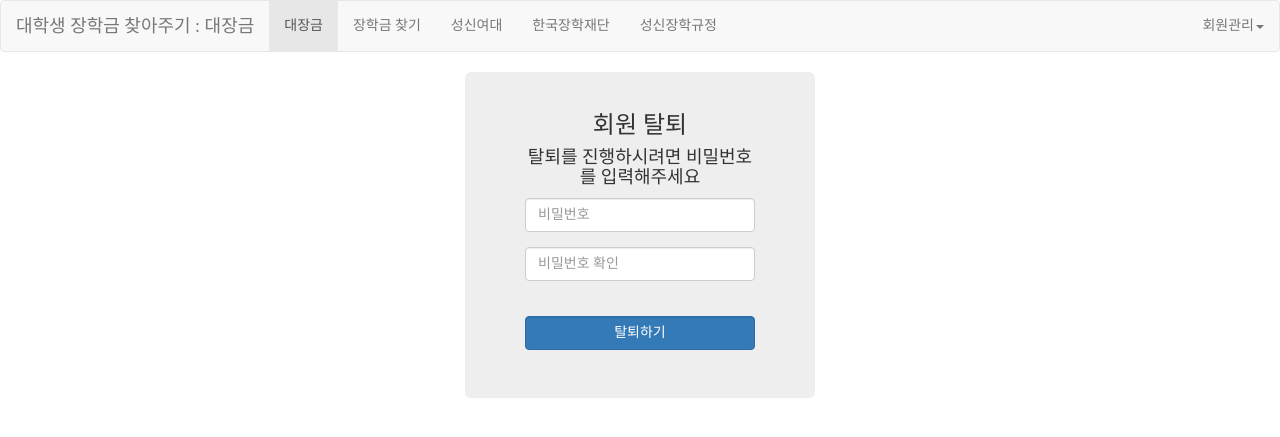
Repository: jiwon-214/DJG
Page: http://localhost/DJG/withdraw.jsp
These files come from the project's save history. The page is drawn as it stood at one moment and after the next save; the edit follows.
The browser window is 1280 px wide. The pictures show the whole page.
Some web fonts or font styles are not loaded; a fallback is used. Some web libraries are served in a nearby version. The page is served by Tomcat 9. Other server files are loaded and not shown. Queries for data that is not in the repository find no rows.

Above is the page before, as saved 2022-01-10 21:16:28.

### DJG/WebContent/withdraw.jsp
<%@page import="user.UserDAO"%>
<%@page import="user.User"%>
<%@ page language="java" contentType="text/html; charset=UTF-8"
    pageEncoding="UTF-8"%>
<%@ page import="java.io.PrintWriter" %>
<%@ page import="java.sql.*" %>
<!DOCTYPE html>
<html>
<head>
<meta charset="UTF-8">
<meta name = "viewport" content = "width=divice-width", initial-scale = "1">
<link rel = "stylesheet" href = "css/bootstrap.css">
<link rel = "stylesheet" href = "css/custom.css">
<title>대장금</title>
</head>
<body>
	<%
		//로그인 된 사람 정보 담을 수 있도록
		String userID = null;
		if (session.getAttribute("userID") != null) {
			userID = (String) session.getAttribute("userID");
		} //로그인되면 userID에 해당 이이디가 담기고 로그인 안되면 null
	%>
	<nav class ="navbar navbar-default">
		<div class = "navbar-header">
			<button type = "button" class = "navbar-toggle collapsed"
				data-toggle = "collapse" data-target = "#bs-example-navbar-collapse-1"
				aria-expanded="false">
				<span class = "icon-bar"></span>
				<span class = "icon-bar"></span>
				<span class = "icon-bar"></span>
			</button>
			<a class="navbar-brand" href = "main.jsp">대학생 장학금 찾아주기 : 대장금</a>
		</div>
		<div class="collapse navbar-collapse" id="bs-example-navbar-collapse-1">
			<ul class = "nav navbar-nav">
				<li class="active"><a href="main.jsp">대장금</a></li>
				<li><a href="djg.jsp">장학금 찾기</a></li>
				<li><a href="https://portal.sungshin.ac.kr/sso/login.jsp">성신여대</a></li>
				<li><a href="http://www.kosaf.go.kr/">한국장학재단</a></li>
				<li><a href="https://rule.sungshin.ac.kr/service/law/lawView.do?seq=95&historySeq=0&gubun=cur&tree=part">성신장학규정</a></li>
			</ul>
			<ul class="nav navbar-nav navbar-right">
			<li class="dropdown">
				<a href="#" class="dropdown-toggle"
					data-toggle="dropdown" role="button" aria-haspopup="true"
					aria-expanded="false">회원관리<span class="caret"></span></a>
				<ul class="dropdown-menu">
					<li><a href = "info.jsp">정보 확인</a></li>
					<li><a href = "modification.jsp">정보 수정</a></li>
					<li><a href = "logoutAction.jsp">로그아웃 </a></li>
				</ul>
			</li>
			</ul>
		</div>
	</nav>
	<div class="container">
      <div class="col-lg-4"></div>
      <div class="col-lg-4">
         <div class="jumbotron" style="padding-top:20px;">
            <form method="post" action="withdrawAction.jsp">
				<h3 style = "text-align:center;">회원 탈퇴</h3>
				<h4 style = "text-align:center;">탈퇴를 진행하시려면 비밀번호를 입력해주세요</h3>
				<%
				UserDAO userDAO = new UserDAO();
				User user = new User();
				user = userDAO.djg(userID);
				%>
               <div class="form-group">
                  <input type="password" class="form-control" placeholder="비밀번호" name="userPassword" id="userPassword" maxlength="20" onchange="password()">
               </div>
               <div class="form-group">
                  <input type="password" class="form-control" placeholder="비밀번호 확인" name="userPassword" id="userPassword_again" maxlength="20" onchange="password()">
               	  &nbsp;
               <span id="check"></span>
               </div>
               <input type="submit" class="btn btn-primary form-control" value="탈퇴하기">
            </form>
         </div>
      </div>
      <div class="col-lg-4"></div>
   </div>
		<div class="col-lg-4"></div>
	</div>
	<script>
	function password() {
    	var pw = document.getElementById('userPassword').value;
    	var pw2 = document.getElementById('userPassword_again').value;

    	if(pw != pw2) {
    		document.getElementById('check').innerHTML = '비밀번호가 일치하지 않습니다.';
    		document.getElementById('check').style.color = 'red';
    	} else {
    		document.getElementById('check').innerHTML = '비밀번호가 일치합니다.';
    		document.getElementById('check').style.color = 'blue';
    	}
    }
	</script>
	<script src = "https://code.jquery.com/jquery-3.1.1.min.js"></script>
	<script src = "js/bootstrap.js"></script>
</body>
</html>

### DJG/src/user/UserDAO.java
package user;

import java.sql.Connection;
import java.sql.DriverManager;
import java.sql.PreparedStatement;
import java.sql.ResultSet;
import java.sql.SQLException;

public class UserDAO {
	private Connection conn;
	private PreparedStatement pstmt;
	private ResultSet rs;

	public UserDAO() { //실제로 MySQL에 접속해주는 부분
		try {
			String dbURL = "jdbc:mysql://localhost:3306/DJG?characterEncoding=UTF-8&serverTimezone=UTC";
			String dbID = "root";
			String dbPassword = "twins5302";
			Class.forName("com.mysql.cj.jdbc.Driver");
			conn = DriverManager.getConnection(dbURL, dbID, dbPassword);
		} catch (Exception e) {
			e.printStackTrace();
		}
	}
	//로그인 시도해주는 함수
	public int login(String userID, String userPassword) {
		String SQL = "SELECT userPassword FROM USER WHERE userID = ?"; //명령을 사용해서 가져온다
		try {
			pstmt = conn.prepareStatement(SQL);//SQL 문장을 데이터베이스에 삽입하는
			pstmt.setString(1, userID); //중요, SQL 해킹 기법 방어하기 위한 수단으로 preapredStatement 사용하는데 하나의 문장 준비해놓고 ? 넣어놓고 ?에 해당하는 내용으로 userID를 넣어줌. 실제 데이터베이스에는 사용자 아이디 입력받아서 실제로 존재하는지 존재한다면 비밀번호가 뭔지 가져오도록 하는 것
			rs = pstmt.executeQuery();
			if (rs.next()) { //결과 존재하면
				if(rs.getString(1).equals(userPassword))  //결과가 동일하다면(비밀번호랑 접속시도한 비밀번호 일치하면)
					return 1; //로그인 성공
				else
					return 0; //비밀번호 불일치
			}
			rs.close();
			return -1; //아이디가 없다
		} catch(Exception e) {
			e.printStackTrace();
		}
		return -2; //데이터베이스 오류
	}

	public int join(User user) {
		String SQL = "INSERT INTO USER VALUES (?, ?, ?, ?, ?, ?, ?, ?, ?, ?, ?, ?, ?)";
		try {
			pstmt = conn.prepareStatement(SQL);
			pstmt.setString(1, user.getUserID());;
			pstmt.setString(2, user.getUserPassword());
			pstmt.setString(3, user.getUserName());
			pstmt.setString(4, user.getUserEmail());
			pstmt.setString(5, user.getUserMajor());
			pstmt.setString(6, user.getUserYear());
			pstmt.setString(7, user.getUserGrade());
			pstmt.setString(8, user.getUserLgrade());
			pstmt.setString(9, user.getUserMchild());
			pstmt.setString(10, user.getUserIncome());
			pstmt.setString(11, user.getUserVol());
			pstmt.setString(12, user.getUserMentor());
			pstmt.setString(13, user.getUserExam());
			return pstmt.executeUpdate();
		} catch(Exception e) {
			e.printStackTrace();
		}
		return -1; //데이터베이스 오류
	}

	public User djg(String userID) throws SQLException {
		String SQL = "SELECT * FROM USER WHERE userID = ?";
		User user = null;
		try {
			pstmt = conn.prepareStatement(SQL);
			pstmt.setString(1, userID);
			rs = pstmt.executeQuery();
			if(rs.next()) {
				 user = new User();
				 user.setUserID(rs.getString("userID"));
				 user.setUserPassword(rs.getString("userPassword"));
		         user.setUserName(rs.getString("userName"));
		         user.setUserEmail(rs.getString("userEmail"));
		         user.setUserYear(rs.getString("userYear"));
		         user.setUserGrade(rs.getString("userGrade"));
		         user.setUserLgrade(rs.getString("userLgrade"));
		         user.setUserMchild(rs.getString("userMchild"));
		         user.setUserIncome(rs.getString("userIncome"));
		         user.setUserVol(rs.getString("userVol"));
		         user.setUserMentor(rs.getString("userMentor"));
		         user.setUserExam(rs.getString("userExam"));
			}
		} catch(Exception e) {
			e.printStackTrace();
		} finally{
			   if(rs!=null)	try{rs.close();}catch(SQLException ex){}
			   if(pstmt!=null)	try{pstmt.close();}catch(SQLException ex){}
			   if(conn!=null)	try{conn.close();}catch(SQLException ex){}
			  }
		return user;
	}


	public boolean modification(User user) throws SQLException {
		boolean b = false;
		String SQL = "UPDATE USER SET userPassword = ?, userMajor = ?, userYear = ?, userGrade = ?, userLgrade = ?, userMchild = ?, userIncome = ?, userVol = ?, userMentor = ?, userExam = ? WHERE userID = ?";
		try {
			pstmt = conn.prepareStatement(SQL);
			pstmt.setString(1, user.getUserPassword());
			pstmt.setString(2, user.getUserMajor());
			pstmt.setString(3, user.getUserYear());
			pstmt.setString(4, user.getUserGrade());
			pstmt.setString(5, user.getUserLgrade());
			pstmt.setString(6, user.getUserMchild());
			pstmt.setString(7, user.getUserIncome());
			pstmt.setString(8, user.getUserVol());
			pstmt.setString(9, user.getUserMentor());
			pstmt.setString(10, user.getUserExam());
			pstmt.setString(11, user.getUserID());
			if(pstmt.executeUpdate() > 0)
				b = true;
		} catch(Exception e) {
			e.printStackTrace();
		} finally{
			   if(rs!=null)	try{rs.close();}catch(SQLException ex){}
			   if(pstmt!=null)	try{pstmt.close();}catch(SQLException ex){}
			   if(conn!=null)	try{conn.close();}catch(SQLException ex){}
			  }
		return b;
	}

	public String findid(String userName, String userEmail) {
		String SQL = "SELECT userID FROM USER WHERE userName = ? AND userEmail = ?"; //명령을 사용해서 가져온다
		String userID = null;
		try {
			pstmt = conn.prepareStatement(SQL);//SQL 문장을 데이터베이스에 삽입하는
			pstmt.setString(1, userName); //중요, SQL 해킹 기법 방어하기 위한 수단으로 preapredStatement 사용하는데 하나의 문장 준비해놓고 ? 넣어놓고 ?에 해당하는 내용으로 userID를 넣어줌. 실제 데이터베이스에는 사용자 아이디 입력받아서 실제로 존재하는지 존재한다면 비밀번호가 뭔지 가져오도록 하는 것
			pstmt.setString(2, userEmail);
			rs = pstmt.executeQuery();
			if (rs.next()) { //결과 존재하면
				userID = rs.getString("userID");
			}
			else {
				userID = null;
			}
		} catch(Exception e) {
			e.printStackTrace();
		}
		return userID;
	}

	public String findpw(String userID, String userName, String userEmail) {
		String SQL = "SELECT userPassword FROM USER WHERE userID = ? AND userName = ? AND userEmail = ?"; //명령을 사용해서 가져온다
		String userPassword = null;
		try {
			pstmt = conn.prepareStatement(SQL);//SQL 문장을 데이터베이스에 삽입하는
			pstmt.setString(1, userID); //중요, SQL 해킹 기법 방어하기 위한 수단으로 preapredStatement 사용하는데 하나의 문장 준비해놓고 ? 넣어놓고 ?에 해당하는 내용으로 userID를 넣어줌. 실제 데이터베이스에는 사용자 아이디 입력받아서 실제로 존재하는지 존재한다면 비밀번호가 뭔지 가져오도록 하는 것
			pstmt.setString(2, userName);
			pstmt.setString(3, userEmail);
			rs = pstmt.executeQuery();
			if (rs.next()) { //결과 존재하면
				userPassword = rs.getString("userPassword");
			}
			else {
				userPassword = null;
			}
		} catch(Exception e) {
			e.printStackTrace();
		}
		return userPassword;
	}
}

### DJG/src/user/User.java
package user;

public class User {
	private String userID;
	private String userPassword;
	private String userName;
	private String userEmail;
	private String userMajor;
	private String userYear;
	private String userGrade;
	private String userLgrade;
	private String userMchild;
	private String userIncome;
	private String userVol;
	private String userMentor;
	private String userExam;

	public String getUserID() {
		return userID;
	}
	public void setUserID(String userID) {
		this.userID = userID;
	}
	public String getUserPassword() {
		return userPassword;
	}
	public void setUserPassword(String userPassword) {
		this.userPassword = userPassword;
	}
	public String getUserName() {
		return userName;
	}
	public void setUserName(String userName) {
		this.userName = userName;
	}
	public String getUserEmail() {
		return userEmail;
	}
	public void setUserEmail(String userEmail) {
		this.userEmail = userEmail;
	}
	public String getUserMajor() {
		return userMajor;
	}
	public void setUserMajor(String userMajor) {
		this.userMajor = userMajor;
	}
	public String getUserYear() {
		return userYear;
	}
	public void setUserYear(String userYear) {
		this.userYear = userYear;
	}
	public String getUserGrade() {
		return userGrade;
	}
	public void setUserGrade(String userGrade) {
		this.userGrade = userGrade;
	}
	public String getUserLgrade() {
		return userLgrade;
	}
	public void setUserLgrade(String userLgrade) {
		this.userLgrade = userLgrade;
	}
	public String getUserMchild() {
		return userMchild;
	}
	public void setUserMchild(String userMchild) {
		this.userMchild = userMchild;
	}
	public String getUserIncome() {
		return userIncome;
	}
	public void setUserIncome(String userIncome) {
		this.userIncome = userIncome;
	}
	public String getUserVol() {
		return userVol;
	}
	public void setUserVol(String userVol) {
		this.userVol = userVol;
	}
	public String getUserMentor() {
		return userMentor;
	}
	public void setUserMentor(String userMentor) {
		this.userMentor = userMentor;
	}
	public String getUserExam() {
		return userExam;
	}
	public void setUserExam(String userExam) {
		this.userExam = userExam;
	}


}

### DJG/WebContent/css/custom.css
@import url(http://fonts.googleapis.com/earlyaccess/nanumgothic.css);
@import url(http://fonts.googleapis.com/earlyaccess/hanna.css);
* {
	font-family : 'Nanum Gothic';
}
h1 {
	font-famaily : 'Hanna';
}

Loaded but not shown: DJG/WebContent/css/bootstrap.css (library); DJG/WebContent/js/bootstrap.js (library)

After the next save:
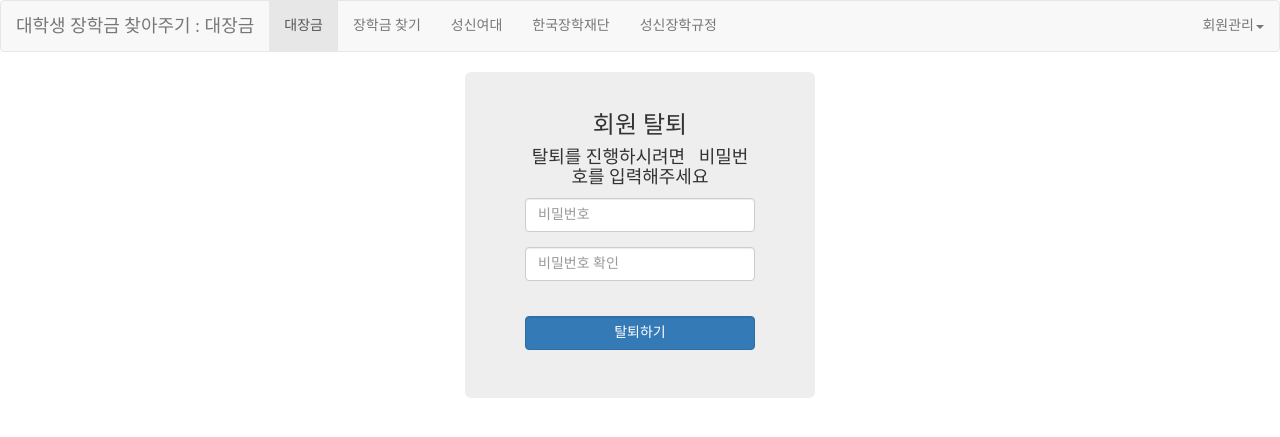
Saved 63 s later.
--- a/DJG/WebContent/withdraw.jsp
+++ b/DJG/WebContent/withdraw.jsp
@@ -60,7 +60,7 @@
          <div class="jumbotron" style="padding-top:20px;">
             <form method="post" action="withdrawAction.jsp">
 				<h3 style = "text-align:center;">회원 탈퇴</h3>
-				<h4 style = "text-align:center;">탈퇴를 진행하시려면 비밀번호를 입력해주세요</h3>
+				<h4 style = "text-align:center;">탈퇴를 진행하시려면 &nbsp; 비밀번호를 입력해주세요</h3>
 				<%
 				UserDAO userDAO = new UserDAO();
 				User user = new User();
